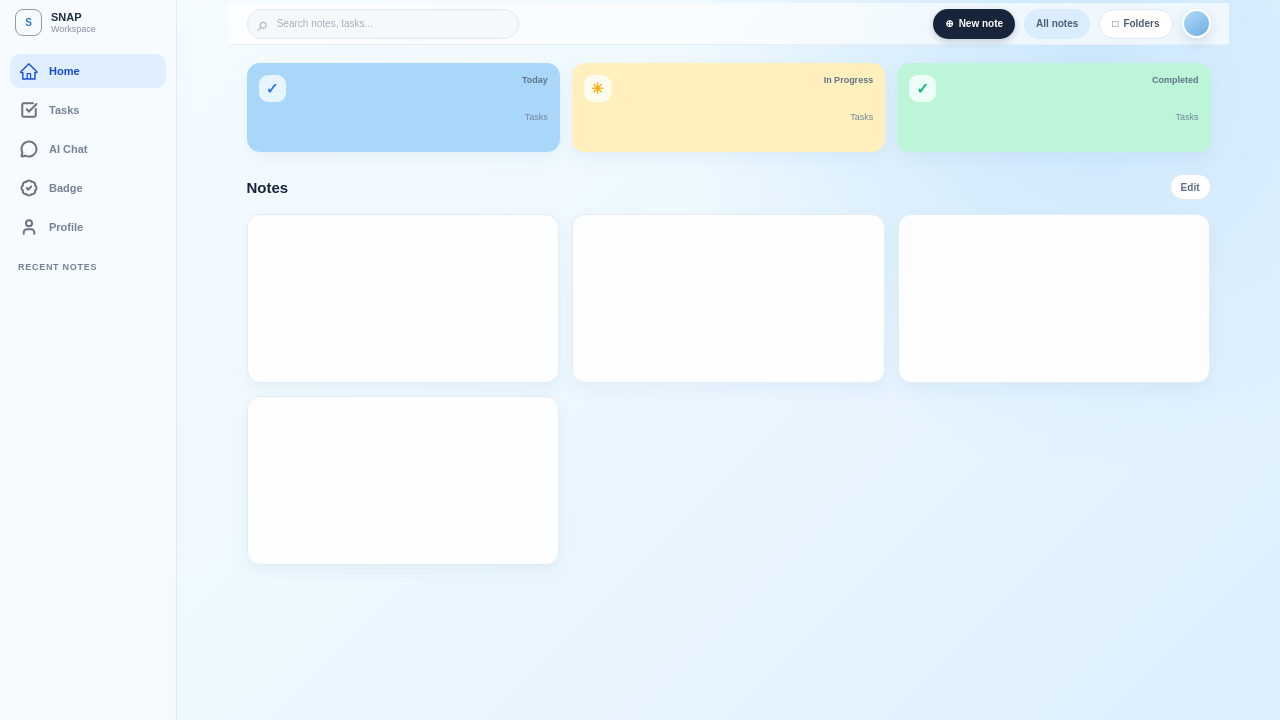
Repository: Lee-Productions-Inc/SNAP_productions
Page: pages/dashboard.html
The author's editor kept a copy of each file at every save. The page is drawn from the files as they stood at one save, then again after the next save.
The browser window is 1280 px wide. The pictures show the whole page.

Above is the page before, as saved 2026-09-16 21:07:41.

### pages/dashboard.html
<!DOCTYPE html>
<html lang="en">
    <head>
        <meta charset="UTF-8">
        <meta name="viewport" content="width=device-width, initial-scale=1.0">
        <title>Dashboard | SNAP</title>
        <link rel="stylesheet" href="../designs/dashboard.css">
    </head>
    <body>
        <div class="dashboard-shell">
            <aside class="sidebar" aria-label="Main navigation">
                <a class="brand" href="dashboard.html" aria-label="SNAP home">
                    <span class="brand-mark">S</span>
                    <span>
                        <strong>SNAP</strong>
                        <small>Workspace</small>
                    </span>
                </a>

                <nav class="primary-nav">
                    <a class="nav-item active" href="dashboard.html"><img class="nav-icon" src="../assets/Vector.svg" alt="">Home
                    </a>
                    <a class="nav-item" href="#tasks"><img class="nav-icon" src="../assets/check-square.svg" alt="">Tasks
                    </a>
                    <a class="nav-item" href="#ai-chat"><img class="nav-icon" src="../assets/message-circle.svg" alt="">AI Chat
                    </a>
                    <a class="nav-item" href="#badge"><img class="nav-icon" src="../assets/badge-check.svg" alt="">Badge
                    </a>
                    <a class="nav-item" href="#profile"><img class="nav-icon" src="../assets/user.svg" alt="">Profile
                    </a>
                </nav>

                <div class="recent-notes">
                    <h2>Recent Notes</h2>
                    <div class="empty-recent" aria-hidden="true"></div>
                </div>
            </aside>

            <main class="dashboard-main">
                <header class="dashboard-header">
                    <label class="search-box">
                        <span aria-hidden="true">⌕</span>
                        <input type="search" placeholder="Search notes, tasks..." aria-label="Search notes and tasks">
                    </label>
                    <div class="header-actions">
                        <a class="text-action new-note" href="#new-note"><span aria-hidden="true">⊕</span>New note
                        </a>
                        <a class="text-action selected-action" href="#all-notes">All notes</a>
                        <a class="text-action folder-action" href="#folders"><span aria-hidden="true">□</span>Folders
                        </a>
                        <button class="profile-placeholder" type="button" aria-label="Open profile"></button>
                    </div>
                </header>

                <section class="status-grid" aria-label="Task status">
                    <article class="status-card today-card">
                        <span class="status-icon" aria-hidden="true">✓</span>
                        <span class="status-info">
                            <span class="status-label">Today</span>
                            <strong class="status-count" aria-label="No count yet"></strong>
                            <small>Tasks</small>
                        </span>
                    </article>
                    <article class="status-card progress-card">
                        <span class="status-icon" aria-hidden="true">✳</span>
                        <span class="status-info">
                            <span class="status-label">In Progress</span>
                            <strong class="status-count" aria-label="No count yet"></strong>
                            <small>Tasks</small>
                        </span>
                    </article>
                    <article class="status-card completed-card">
                        <span class="status-icon" aria-hidden="true">✓</span>
                        <span class="status-info">
                            <span class="status-label">Completed</span>
                            <strong class="status-count" aria-label="No count yet"></strong>
                            <small>Tasks</small>
                        </span>
                    </article>
                </section>

                <section class="notes-section" aria-labelledby="notes-title">
                    <div class="section-heading">
                        <h2 id="notes-title">Notes</h2>
                        <button class="edit-button" type="button"><span aria-hidden="true"></span>Edit
                        </button>
                    </div>
                    <div class="notes-grid">
                        <button class="note-placeholder" type="button" aria-label="Empty note placeholder"></button>
                        <button class="note-placeholder" type="button" aria-label="Empty note placeholder"></button>
                        <button class="note-placeholder" type="button" aria-label="Empty note placeholder"></button>
                        <button class="note-placeholder" type="button" aria-label="Empty note placeholder"></button>
                    </div>
                </section>
            </main>
        </div>
    </body>
</html>

### designs/dashboard.css
:root {
    font-family: Arial, sans-serif;
    color: #172033;
    background: #edf7ff;
}

* { box-sizing: border-box; }

body {
    min-width: 320px;
    min-height: 100vh;
    margin: 0;
}

button,
a,
input { font: inherit; }
button,
a { -webkit-tap-highlight-color: transparent; }

.dashboard-shell {
    display: flex;
    min-height: 100vh;
    background: radial-gradient(circle at 85% 9%, rgba(190, 224, 250, 0.7), transparent 32%), linear-gradient(135deg, #f7fcff 0%, #edf8ff 45%, #dceefd 100%);
}

.sidebar {
    display: flex;
    flex: 0 0 177px;
    flex-direction: column;
    min-height: 100vh;
    padding: 9px 10px 20px;
    border-right: 1px solid rgba(136, 183, 219, 0.24);
    background: rgba(248, 252, 255, 0.78);
}

.brand {
    display: flex;
    align-items: center;
    gap: 9px;
    min-height: 27px;
    margin: 0 5px 18px;
    color: #1f2c40;
    font-size: 11px;
    text-decoration: none;
}

.brand-mark {
    display: grid;
    width: 27px;
    height: 27px;
    place-items: center;
    border: 1px solid #8c9cad;
    border-radius: 8px;
    color: #2877cc;
    font-size: 10px;
    font-weight: 800;
}

.brand strong,
.brand small { display: block; }
.brand small { margin-top: 1px; color: #8490a0; font-size: 9px; }

.primary-nav { display: grid; gap: 5px; }

.nav-item {
    display: flex;
    align-items: center;
    gap: 11px;
    min-height: 34px;
    padding: 0 10px;
    border-radius: 10px;
    color: #748197;
    font-size: 11px;
    font-weight: 700;
    text-decoration: none;
    transition: background 160ms ease, color 160ms ease;
}

.nav-icon {
    width: 18px;
    height: 18px;
    flex: 0 0 18px;
    object-fit: contain;
}

.nav-item:hover,
.nav-item.active { color: #1248dd; background: #e0efff; }

.recent-notes { margin-top: 18px; padding: 0 8px; }
.recent-notes h2 { margin: 0; color: #748197; font-size: 9px; font-weight: 800; letter-spacing: .08em; text-transform: uppercase; }
.empty-recent { height: 90px; }

.dashboard-main { width: min(100%, 1000px); margin: 0 auto; padding: 3px 18px 70px; }

.dashboard-header,
.section-heading { display: flex; align-items: center; justify-content: space-between; gap: 24px; }

.dashboard-header {
    min-height: 42px;
    margin: 0 -18px;
    padding: 0 18px;
    border-bottom: 1px solid #e6edf4;
    background: rgba(255, 255, 255, 0.66);
}

.search-box {
    display: flex;
    align-items: center;
    width: min(272px, 42%);
    height: 30px;
    padding: 0 10px;
    border: 1px solid #e2e8ef;
    border-radius: 18px;
    color: #9aa7b6;
    background: #f6f9fc;
}

.search-box span { margin-right: 8px; font-size: 20px; line-height: 1; }
.search-box input { width: 100%; min-height: 0; padding: 0; border: 0; outline: 0; color: #344258; background: transparent; font-size: 10px; }
.search-box input::placeholder { color: #a4afbc; }

.header-actions { display: flex; align-items: center; gap: 9px; }
.text-action { display: flex; align-items: center; gap: 5px; min-height: 30px; padding: 0 12px; border-radius: 17px; color: #4d5d73; font-size: 10px; font-weight: 700; text-decoration: none; }
.text-action:hover { color: #1248dd; }
.new-note { color: #fff; background: #17243a; box-shadow: 0 3px 7px rgba(25, 37, 57, .2); }
.selected-action { background: #dcecff; }
.folder-action { border: 1px solid #e3e8ee; background: #fff; }

.profile-placeholder {
    width: 29px;
    height: 29px;
    min-height: 29px;
    padding: 0;
    border: 2px solid #fff;
    border-radius: 50%;
    background: linear-gradient(145deg, #a7d4f4 15%, #6daee0 100%);
    box-shadow: 0 4px 12px rgba(55, 111, 157, .18);
    cursor: pointer;
}

.status-grid { display: grid; grid-template-columns: repeat(3, 1fr); gap: 12px; margin-top: 18px; }
.status-card { display: flex; align-items: flex-start; justify-content: space-between; min-height: 89px; padding: 12px; border: 0; border-radius: 13px; box-shadow: 0 7px 15px rgba(67, 119, 158, .06); }
.today-card { background: #a8d7fa; }
.progress-card { background: #fff0bd; }
.completed-card { background: #bdf5d9; }
.status-icon { display: grid; width: 27px; height: 27px; place-items: center; border-radius: 9px; color: #287cf0; background: rgba(255, 255, 255, .74); font-size: 15px; font-weight: 800; }
.progress-card .status-icon { color: #f2ae13; }
.completed-card .status-icon { color: #0bb889; }
.status-info { display: flex; flex-direction: column; align-items: flex-end; gap: 4px; }
.status-label { color: #637287; font-size: 9px; font-weight: 700; }
.status-count { display: block; width: 24px; height: 19px; }
.status-info small { color: #748397; font-size: 9px; }

.notes-section { margin-top: 22px; }
.section-heading h2 { margin: 0; color: #18243a; font-size: 15px; }
.edit-button { min-height: 26px; padding: 0 10px; border: 1px solid #e3e8ee; border-radius: 15px; color: #5c6d83; background: #fff; font-size: 10px; font-weight: 700; cursor: pointer; }
.edit-button:hover { background: #f5f9fd; }

.notes-grid { display: grid; grid-template-columns: repeat(3, minmax(0, 1fr)); gap: 13px; margin-top: 14px; }
.note-placeholder { width: 100%; aspect-ratio: 1.85; min-height: 145px; border: 1px solid #e6ebf0; border-radius: 13px; background: rgba(255, 255, 255, .9); box-shadow: 0 7px 15px rgba(67, 119, 158, .06); cursor: pointer; transition: border-color 160ms ease, background 160ms ease; }
.note-placeholder:hover,
.note-placeholder:focus-visible { border-color: #5fa9df; background: #fff; outline: none; }

@media (max-width: 900px) {
    .sidebar { flex-basis: 205px; }
    .notes-grid { grid-template-columns: repeat(2, minmax(0, 1fr)); }
}

@media (max-width: 680px) {
    .dashboard-shell { display: block; }
    .sidebar { min-height: auto; padding: 12px 10px 10px; border-right: 0; border-bottom: 1px solid rgba(136, 183, 219, .24); }
    .brand { margin: 0 4px 12px; }
    .primary-nav { display: flex; gap: 4px; overflow-x: auto; padding-bottom: 3px; }
    .nav-item { flex: 0 0 auto; gap: 7px; min-height: 34px; padding: 0 11px; font-size: 11px; }
    .nav-icon { width: 16px; height: 16px; flex-basis: 16px; }
    .recent-notes { display: none; }
    .dashboard-main { padding: 14px 12px 48px; }
    .dashboard-header { align-items: center; flex-wrap: wrap; min-height: 96px; margin: -14px -12px 0; padding: 10px 12px; }
    .search-box { width: 100%; }
    .header-actions { flex-wrap: wrap; gap: 6px; }
    .status-grid { grid-template-columns: 1fr; gap: 10px; margin-top: 14px; }
    .status-card { min-height: 76px; }
    .notes-section { margin-top: 28px; }
    .notes-grid { gap: 10px; }
    .note-placeholder { min-height: 120px; }
}

After the next save:
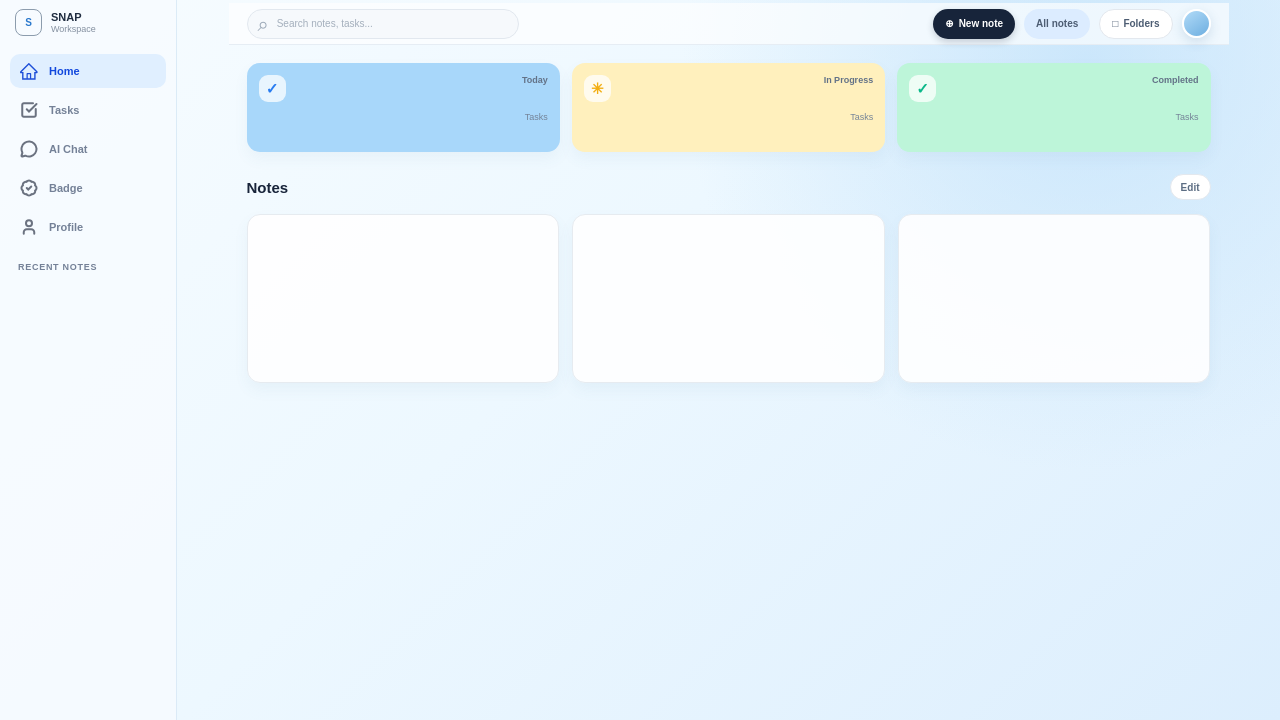
Saved 41 s later.
--- a/pages/dashboard.html
+++ b/pages/dashboard.html
@@ -89,7 +89,6 @@
                         <button class="note-placeholder" type="button" aria-label="Empty note placeholder"></button>
                         <button class="note-placeholder" type="button" aria-label="Empty note placeholder"></button>
                         <button class="note-placeholder" type="button" aria-label="Empty note placeholder"></button>
-                        <button class="note-placeholder" type="button" aria-label="Empty note placeholder"></button>
                     </div>
                 </section>
             </main>
